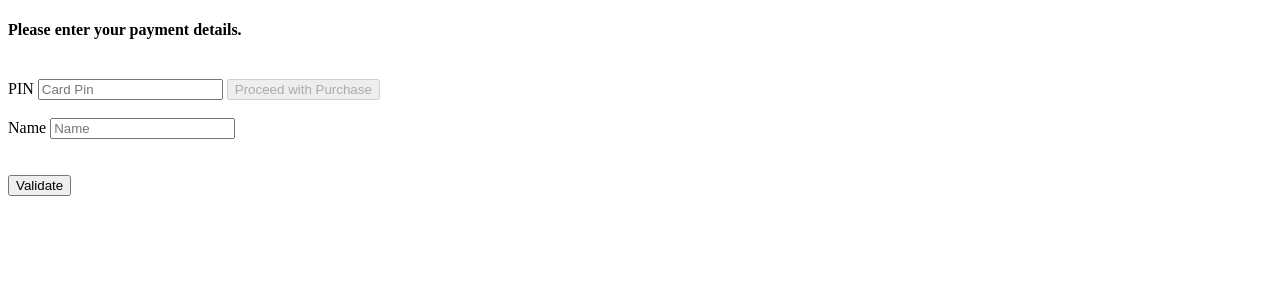
Repository: MylesTobin/is1113117401966
Page: http://localhost/EBusiness/Ebus2.php
The author's editor kept a record of every edit. The page is drawn from the files as they stood at one moment, then again after the next edit.
The browser window is 1280 px wide. The pictures show the whole page.
Some web libraries are served in a nearby version. The page is run by PHP 8.4 with error messages shown; the project is at /var/www/html/.

Above is the page before.

After the next edit:
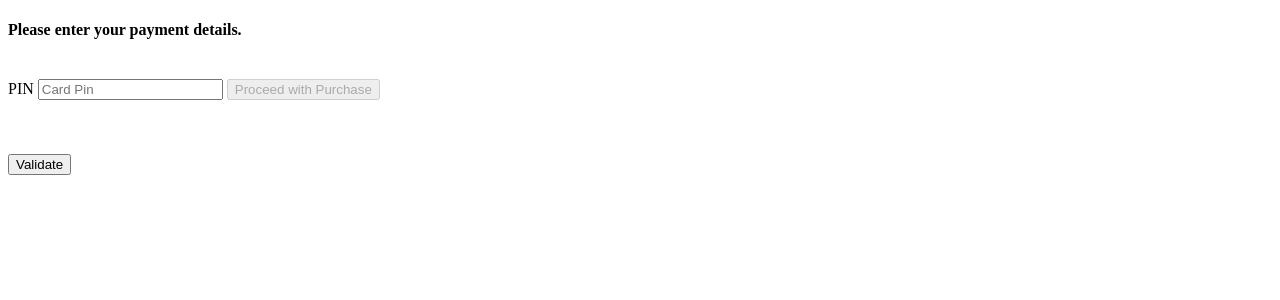
The edit:
--- a/EBusiness/Ebus2.php
+++ b/EBusiness/Ebus2.php
@@ -29,17 +29,7 @@
                 </button>
 
             </form>
-            <br>
 
-               <label for="user_name">
-                     Name
-                </label>
-
-
-                <input type="password" id="user_name" placeholder="Name" maxlength="20">
-
-
-            </form>
 
             <br><br><br>
 
